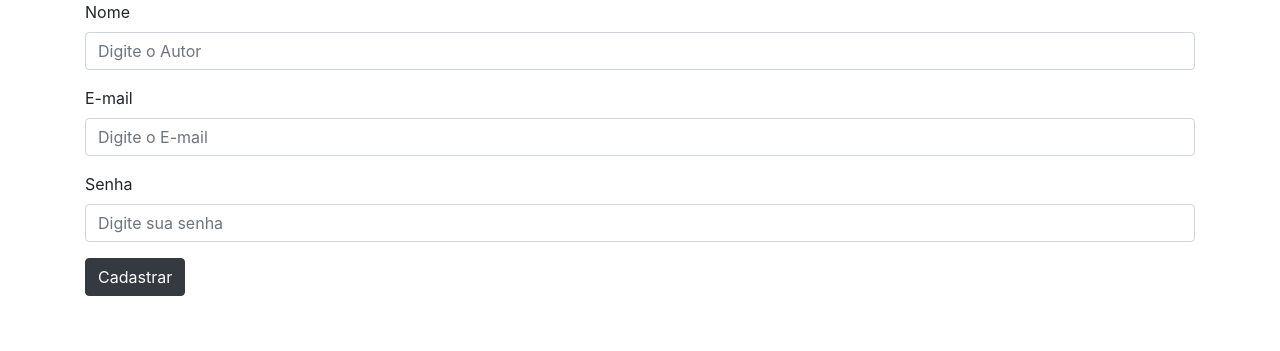
Repository: wellersonfc/simple-crud-react
Page: /
The author's editor kept a copy of each file at every save. The page is drawn from the files as they stood at one save, then again after the next save.
The browser window is 1280 px wide. The pictures show the whole page.
The project was rebuilt for these pictures with package versions that can differ from the ones it lists, and the page was loaded fresh each time.

Above is the page before, as saved 2019-09-22 15:55:49.

After the next save:
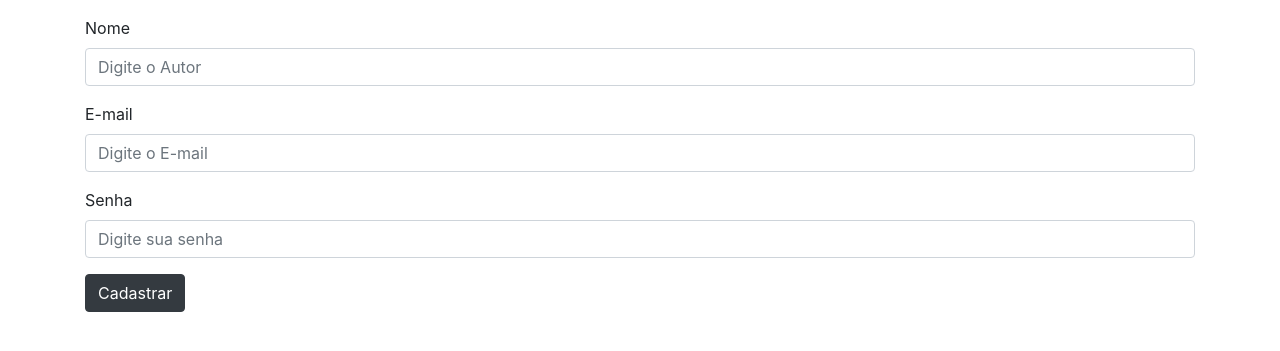
Saved 4 s later.
--- a/src/App.js
+++ b/src/App.js
@@ -12,7 +12,7 @@ class App extends Component {
   render(){
     return(
       <div class="container">
-        <div className="form-autor pt3">
+        <div className="form-autor pt-3">
           <form>
             <div class="form-group">
               <label for="exampleInputEmail1">Nome</label>
